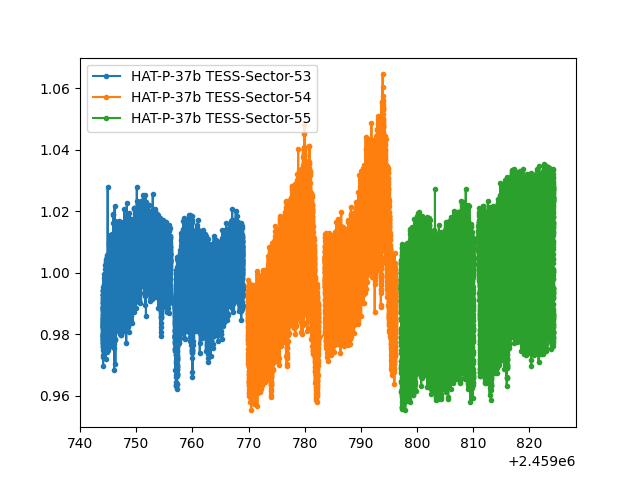
Repository: BoiseStatePlanetary/HAT-P-37-Transit-Timing-Analysis
Script's output: python code/tess_fitting.py
The author's editor kept a copy of each file at every save. The script's output is drawn from the files as they stood at one save, then again after the next save.
Random numbers start from a fixed seed.

Above is the script's output before, as saved 2025-04-04 17:57:54.

After the next save:
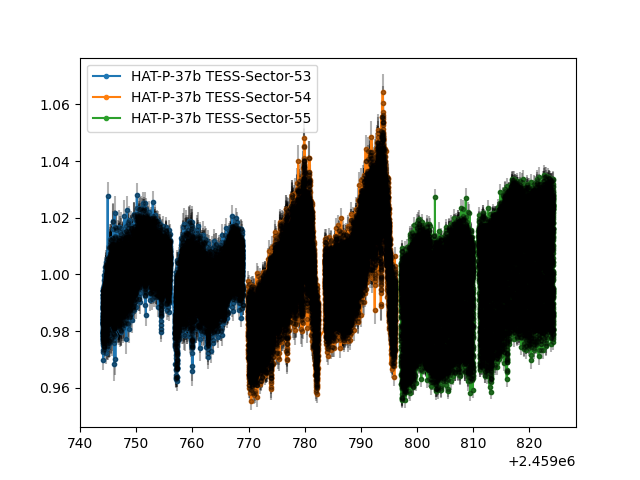
Saved 7 s later.
--- a/code/tess_fitting.py
+++ b/code/tess_fitting.py
@@ -21,7 +21,7 @@ def plot_data(file_name, color_dict):
     file_split = file_name.split("_")
     planet_name = file_split[-2]
     sector = file_split[-1].split(".")[0]
-    # plt.errorbar(photdata["BJD_TDB"], photdata["flux"], yerr=photdata["error"], color='k', marker='.', ls='none', alpha=0.3)
+    plt.errorbar(photdata["BJD_TDB"], photdata["flux"], yerr=photdata["error"], color='k', marker='.', ls='none', alpha=0.3)
     plt.plot(photdata["BJD_TDB"], photdata["flux"], color=color_dict[sector], marker=".", label=f"{planet_name} {sector}")
 
 
